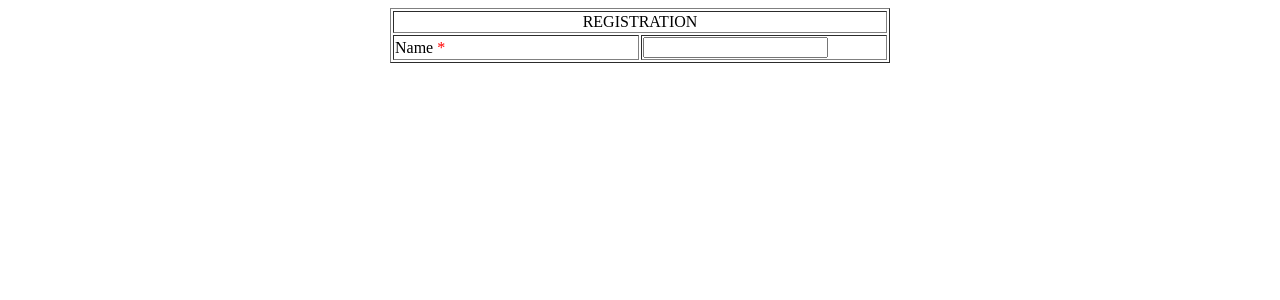
Repository: nsbgit/JavaTutorial
Page: http://localhost/Proj/
The author's editor kept a copy of each file at every save. The page is drawn from the files as they stood at one save, then again after the next save.
The browser window is 1280 px wide. The pictures show the whole page.
The page is served by Tomcat 9.

Above is the page before, as saved 2013-09-29 07:46:00.

After the next save:
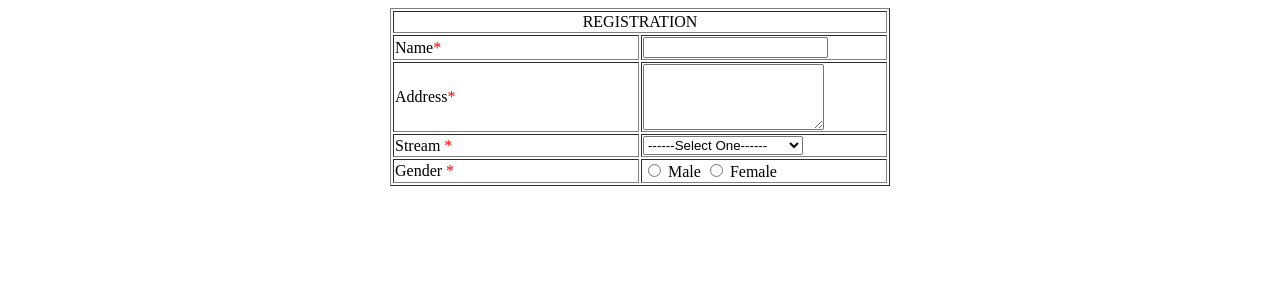
Saved 8 min 8 s later.
--- a/Webel/IDE/2013-09-29/TheSukanta/Proj/WebContent/first.jsp
+++ b/Webel/IDE/2013-09-29/TheSukanta/Proj/WebContent/first.jsp
@@ -12,9 +12,33 @@
 			<td align="center" colspan="2"> REGISTRATION  </td>
 		</tr>
 		<tr>
-			<td width="50%">Name <font color="red">*</font> </td>
+			<td width="50%">Name<font color="red">*</font> </td>
 			<td>
 				<input type="text" name="sName" id="sName">
+			</td>
+		</tr>
+		<tr>
+			<td width="50%">Address<font color="red">*</font> </td>
+			<td>
+				<textarea rows="4" cols="20"></textarea>
+			</td>
+		</tr>
+		<tr>
+			<td width="50%">Stream <font color="red">*</font> </td>
+			<td>
+				<select name="stream" id="stream">
+					<option>------Select One------</option>
+					<option>Computer Science</option>
+					<option>Information Technology</option>
+					<option>MCA</option>
+				</select>
+			</td>
+		</tr>
+		<tr>
+			<td width="50%">Gender <font color="red">*</font> </td>
+			<td>
+				<input type="radio" name="gen"> Male
+				<input type="radio" name="gen"> Female
 			</td>
 		</tr>
 	</table>
